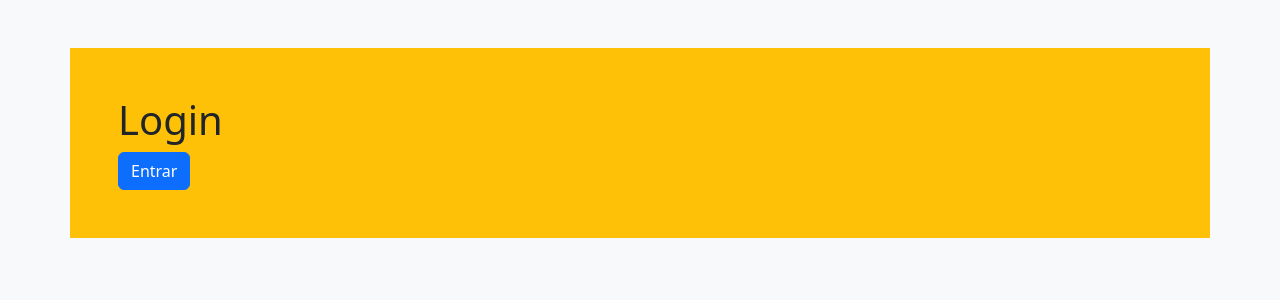
Repository: gabrielwodtke282/PetShop-fofinhos
Page: front-end/index.html
These files come from the project's save history. The page is drawn as it stood at one moment and after the next save; the edit follows.
The browser window is 1280 px wide. The pictures show the whole page.

Above is the page before, as saved 2026-03-23 09:31:37.

After the next save:
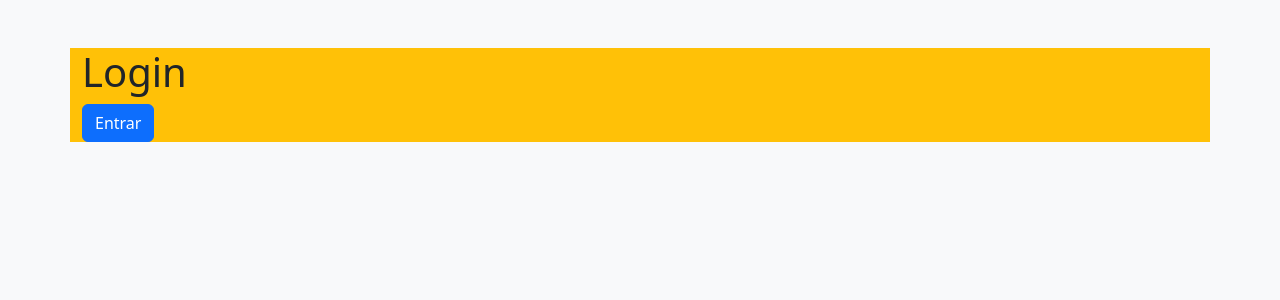
Saved 11 s later.
--- a/front-end/index.html
+++ b/front-end/index.html
@@ -9,7 +9,7 @@
 </head>
 <body class="bg-light">
 
-    <div class="container w bg-warning p-5 mt-5">
+    <div class="container bg-warning  mt-5">
         <h1>Login</h1>
         <button class="btn btn-primary">Entrar</button>
     </div>
